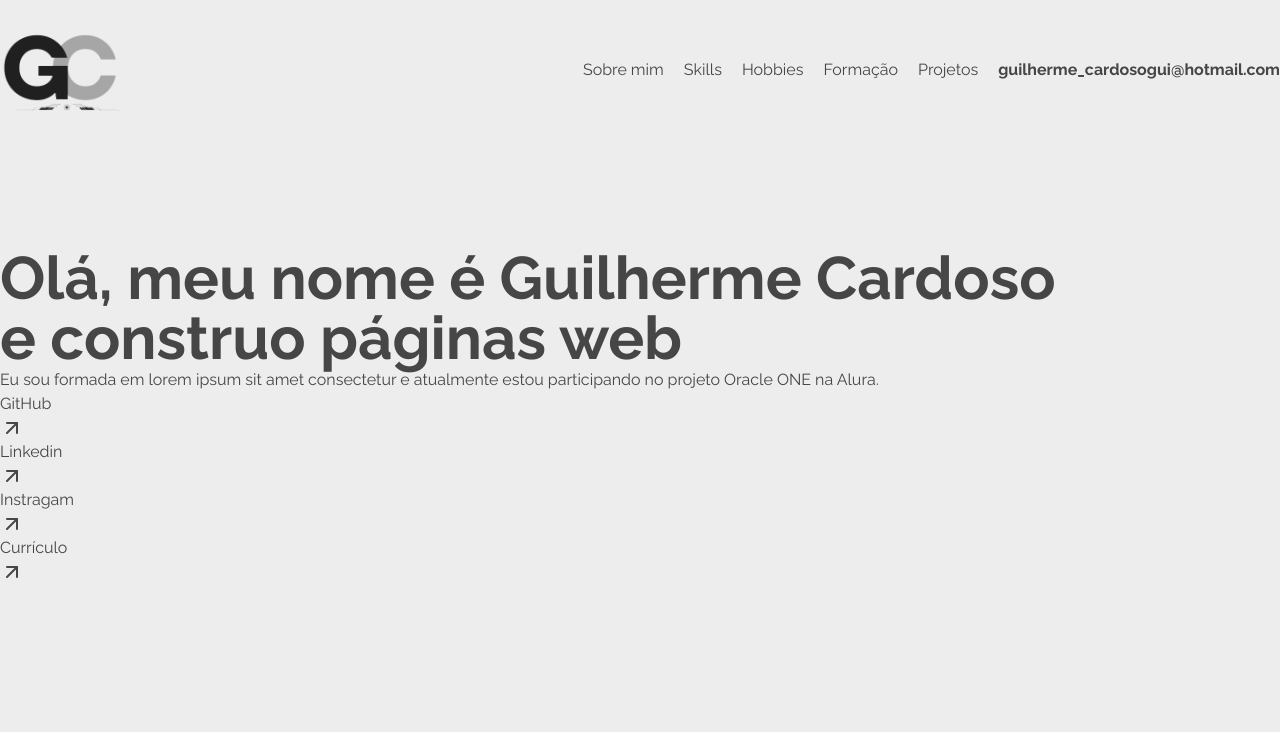
Repository: guilhermecardoso93/portfolio-alura-desafio
Page: /
The author's editor kept a copy of each file at every save. The page is drawn from the files as they stood at one save, then again after a run of saves.
The browser window is 1280 px wide. The pictures show the whole page.
The project was rebuilt for these pictures with package versions that can differ from the ones it lists, and the page was loaded fresh each time. Also part of the build but not shown: vite.config.js.

Above is the page before, as saved 2024-04-06 20:06:56.

After the next 2 saves:
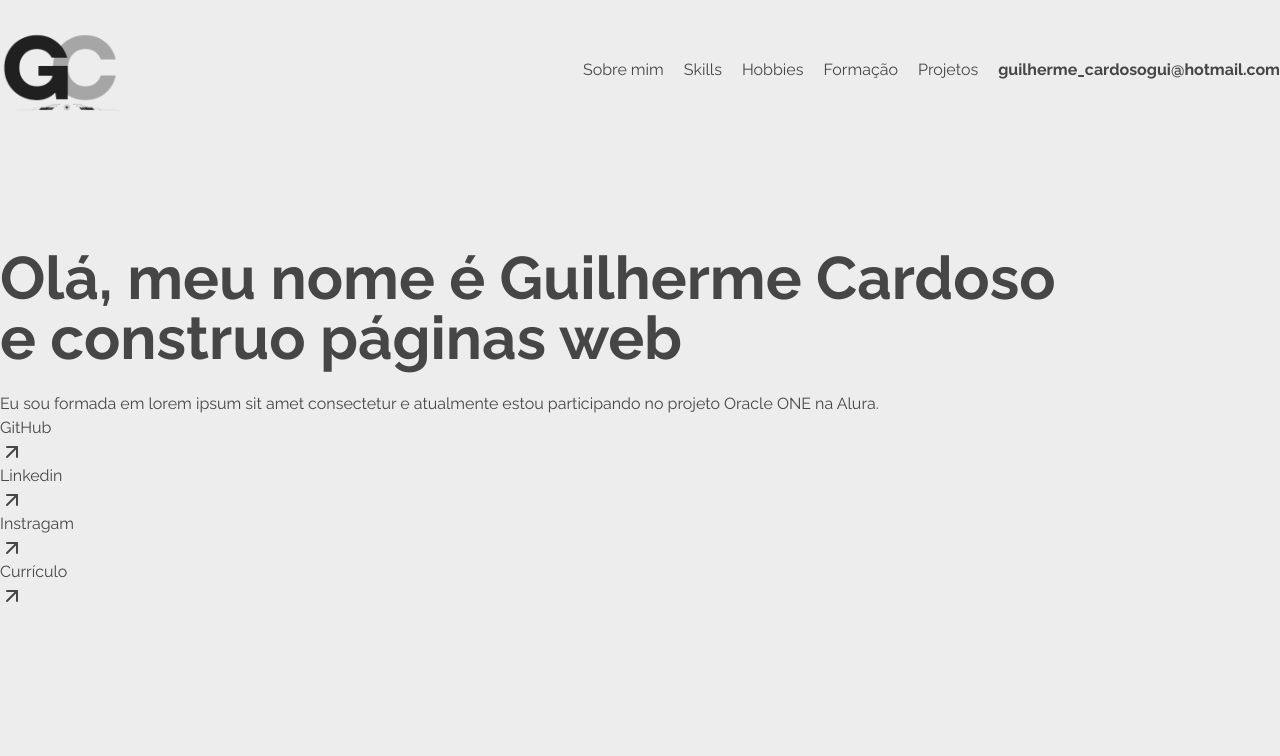
The 2 saves are shown as one change because they came seconds apart.
The last was saved 38 s later.
--- a/src/components/hero.jsx
+++ b/src/components/hero.jsx
@@ -1,9 +1,12 @@
-import { ArrowUpRight } from 'lucide-react';
+import { ArrowUpRight } from "lucide-react";
 
 export function Hero() {
   return (
-    <main className='py-32 gap-6'>
-      <h1 className='text-6xl font-bold '>Olá, meu nome é Guilherme Cardoso<br/> e construo páginas web</h1>
+    <main className="py-32 gap-6">
+      <h1 className="text-6xl font-bold pb-6">
+        Olá, meu nome é Guilherme Cardoso
+        <br /> e construo páginas web
+      </h1>
       <span>
         Eu sou formada em lorem ipsum sit amet consectetur e atualmente estou
         participando no projeto Oracle ONE na Alura.
